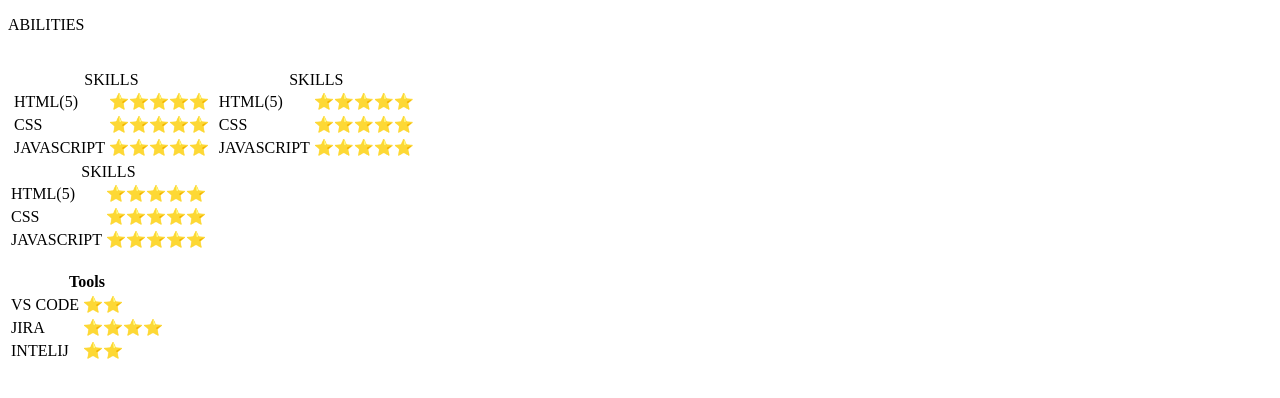
Repository: ew-code/Web-Development
Page: HTML - Personal Site/abilities.html
These files come from the project's save history. The page is drawn as it stood at one moment and after the next save; the edit follows.
The browser window is 1280 px wide. The pictures show the whole page.

Above is the page before, as saved 2021-01-03 20:00:22.

### HTML - Personal Site/abilities.html
<!DOCTYPE html>
<html lang="en">

<head>
  <meta charset="UTF-8">
  <meta name="viewport" content="width=device-width, initial-scale=1.0">
  <meta http-equiv="X-UA-Compatible" content="ie=edge">
  <title>Abilities</title>
</head>

<body>
  <p>ABILITIES</p>
  <br>

  <table>
    <tr>
      <td>
        <table>
          <caption>SKILLS</caption>
          <tr>
            <td>HTML(5)</td>
            <td>⭐⭐⭐⭐⭐</td>
          </tr>
          <tr>
            <td>CSS</td>
            <td>⭐⭐⭐⭐⭐</td>
          </tr>
          <tr>
            <td>JAVASCRIPT</td>
            <td>⭐⭐⭐⭐⭐</td>
          </tr>
        </table>
      </td>
      <td>
        <table>
          <caption>SKILLS</caption>
          <tr>
            <td>HTML(5)</td>
            <td>⭐⭐⭐⭐⭐</td>
          </tr>
          <tr>
            <td>CSS</td>
            <td>⭐⭐⭐⭐⭐</td>
          </tr>
          <tr>
            <td>JAVASCRIPT</td>
            <td>⭐⭐⭐⭐⭐</td>
          </tr>
        </table>
      </td>
    </tr>
  </table>

  <table>
    <caption>SKILLS</caption>
    <tr>
      <td>HTML(5)</td>
      <td>⭐⭐⭐⭐⭐</td>
    </tr>
    <tr>
      <td>CSS</td>
      <td>⭐⭐⭐⭐⭐</td>
    </tr>
    <tr>
      <td>JAVASCRIPT</td>
      <td>⭐⭐⭐⭐⭐</td>
    </tr>
  </table>
  <br>
  <table>
    <thead>
      <tr>
        <th colspan="2">Tools</th>
      </tr>
    </thead>
    <tbody>
      <tr>
        <td>VS CODE</td>
        <td>⭐⭐</td>
      </tr>
      <tr>
        <td>JIRA</td>
        <td>⭐⭐⭐⭐</td>
      </tr>
      <td>INTELIJ</td>
      <td>⭐⭐</td>
      </tr>
    </tbody>
  </table>

</body>

</html>

After the next save:
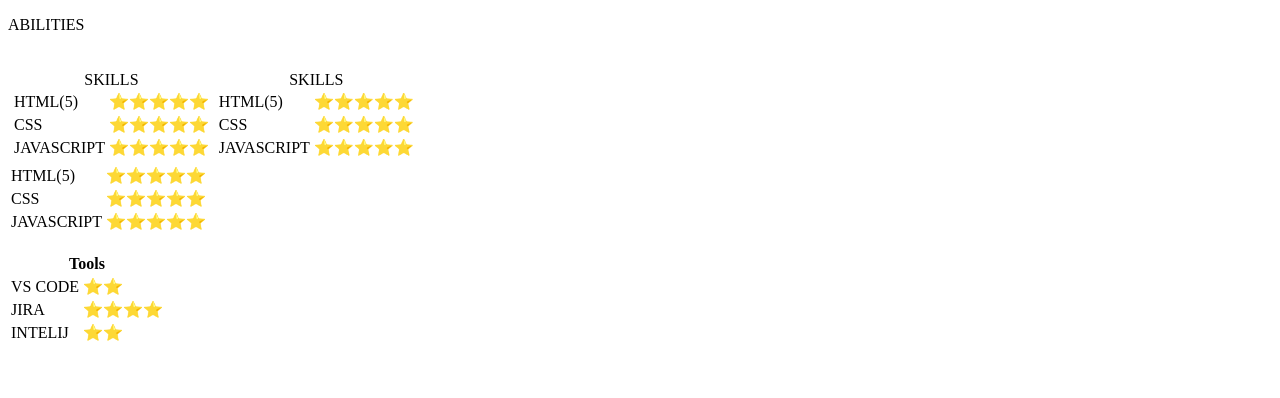
Saved 24 s later.
--- a/HTML - Personal Site/abilities.html
+++ b/HTML - Personal Site/abilities.html
@@ -52,7 +52,6 @@
   </table>
 
   <table>
-    <caption>SKILLS</caption>
     <tr>
       <td>HTML(5)</td>
       <td>⭐⭐⭐⭐⭐</td>
